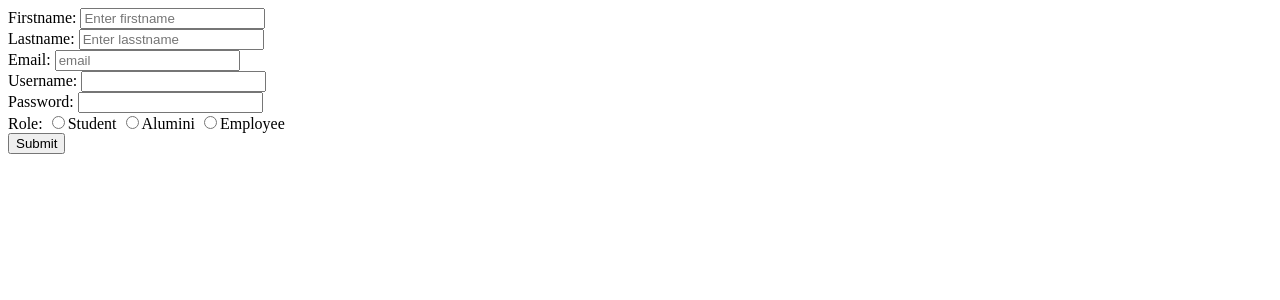
Repository: SwapnilYeldi/Project-2
Page: frontend/WebContent/views/updateprofile.html
An editor plug-in stored every save of this project. The page is shown before and after the next save, followed by the edit.
The browser window is 1280 px wide. The pictures show the whole page.

Above is the page before, as saved 2017-07-14 14:30:14.

After the next save:
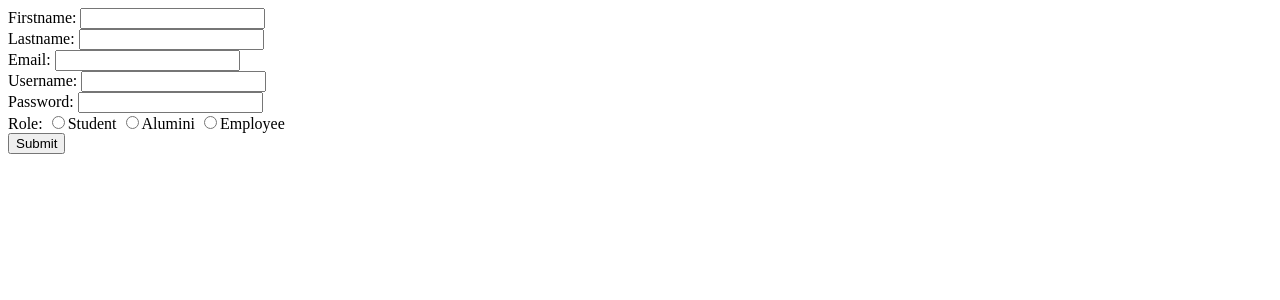
Saved 29 s later.
--- a/frontend/WebContent/views/updateprofile.html
+++ b/frontend/WebContent/views/updateprofile.html
@@ -1,8 +1,8 @@
 
 <form>
-Firstname: <input type="text" ng-model="user.firstname" placeholder="Enter firstname"><br>
-Lastname: <input type="text" ng-model="user.lastname" placeholder="Enter lasstname"><br>
-Email: <input type="text" ng-model="user.email" placeholder="email"><br>
+Firstname: <input type="text" ng-model="user.firstname"><br>
+Lastname: <input type="text" ng-model="user.lastname"><br>
+Email: <input type="text" ng-model="user.email"><br>
 Username: <input type="text" ng-model="user.username"><br>
 Password: <input type="password" ng-model="user.password"><br>
 Role: <input type="radio" ng-model="user.role" value="Student">Student
